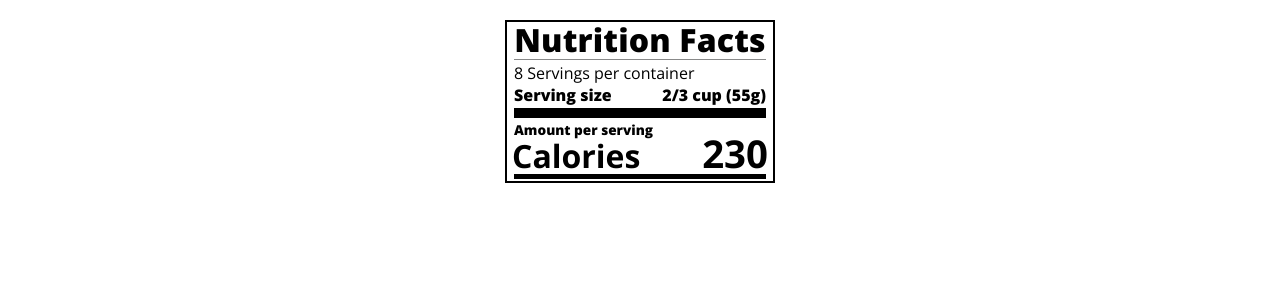
Repository: Lungdjos/typography
Page: index.html
These files come from the project's save history. The page is drawn as it stood at one moment and after a run of saves; the edit follows.
The browser window is 1280 px wide. The pictures show the whole page.

Above is the page before, as saved 2023-10-28 01:45:35.

### index.html
<!DOCTYPE html>
<html lang="en">

<head>
    <meta charset="UTF-8">
    <meta name="viewport" content="width=device-width, initial-scale=1.0">
    <title>Nutrition Label</title>
    <link rel="stylesheet" href="styles.css">
    <link rel="stylesheet" href="https://fonts.googleapis.com/css?family=Open+Sans:400,700,800">
</head>

<body>
    <div class="label">
        <header>
            <h1 class="bold">Nutrition Facts</h1>
            <div class="divider"></div>
            <p>8 Servings per container</p>
            <p class="bold">Serving size <span>2/3 cup (55g)</span></p>
        </header>
        <div class="divider large"></div>
        <div class="calories-info">
            <div class="left-container">
                <h2 class="bold small-text">Amount per serving</h2>
                <p>Calories</p>
            </div>
            <span>230</span>
        </div>
        <div class="divider medium"></div>
        <div class="daily-value small-text">

        </div>
    </div>

</body>

</html>

### styles.css
body {
    font-family: "Open Sans", sans-serif;
}

html {
    font-size: 16px;
}

.label {
    border: 2px solid black;
    width: 270px;
    margin: 20px auto;
    padding: 0 7px;
}

* {
    box-sizing: border-box;
}

header h1 {
    text-align: center;
    margin: -4px 0;
    letter-spacing: .15PX;
}

p {
    margin: 0;
    display: flex;
    justify-content: space-between;
}

.divider {
    border-bottom: 1px solid #888989;
    margin: 2px 0;
}

.bold {
    font-weight: 800;
}

.large {
    height: 10px;
}

.large,
.medium {
    background-color: black;
    border: 0;
}

.small-text {
    font-size: .85rem;
}

.calories-info h2 {
    margin: 0;
}

.calories-info {
    display: flex;
    justify-content: space-between;
    align-items: flex-end;
}

.left-container p {
    margin: -5px -2px;
    font-size: 2em;
    font-weight: 700;
}

.calories-info span {
    font-size: 2.4em;
    font-weight: 700;
    margin: -7px -2px;
}

.medium {
    height: 5px;
}

After the next 3 saves:
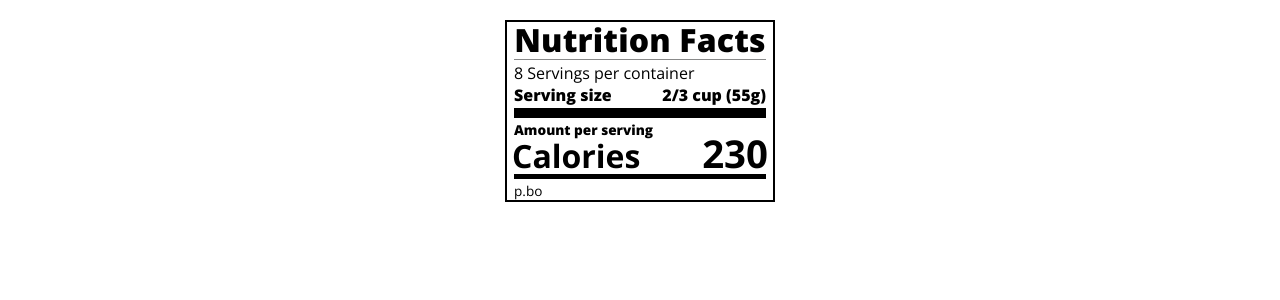
The 3 saves are shown as one change because they came seconds apart.
The last was saved 24 s later.
--- a/index.html
+++ b/index.html
@@ -27,7 +27,7 @@
         </div>
         <div class="divider medium"></div>
         <div class="daily-value small-text">
-
+            p.bo
         </div>
     </div>
 

After the save that followed:
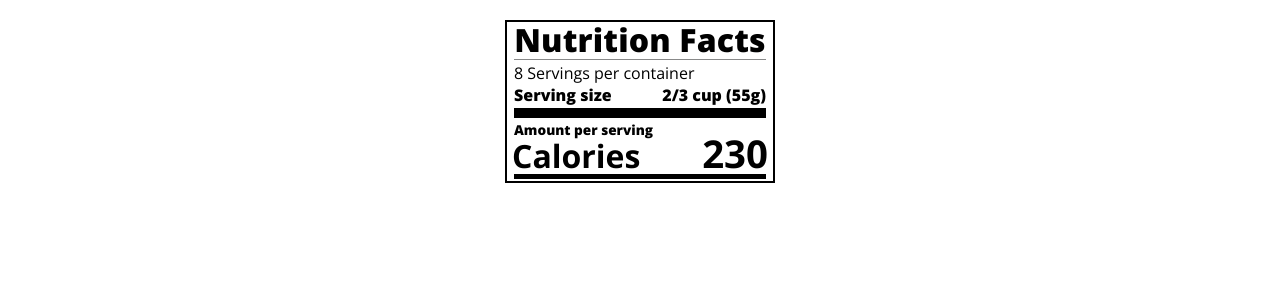
Saved 6 s later.
--- a/index.html
+++ b/index.html
@@ -27,7 +27,7 @@
         </div>
         <div class="divider medium"></div>
         <div class="daily-value small-text">
-            p.bo
+            <p class="bold-right"></p>
         </div>
     </div>
 
